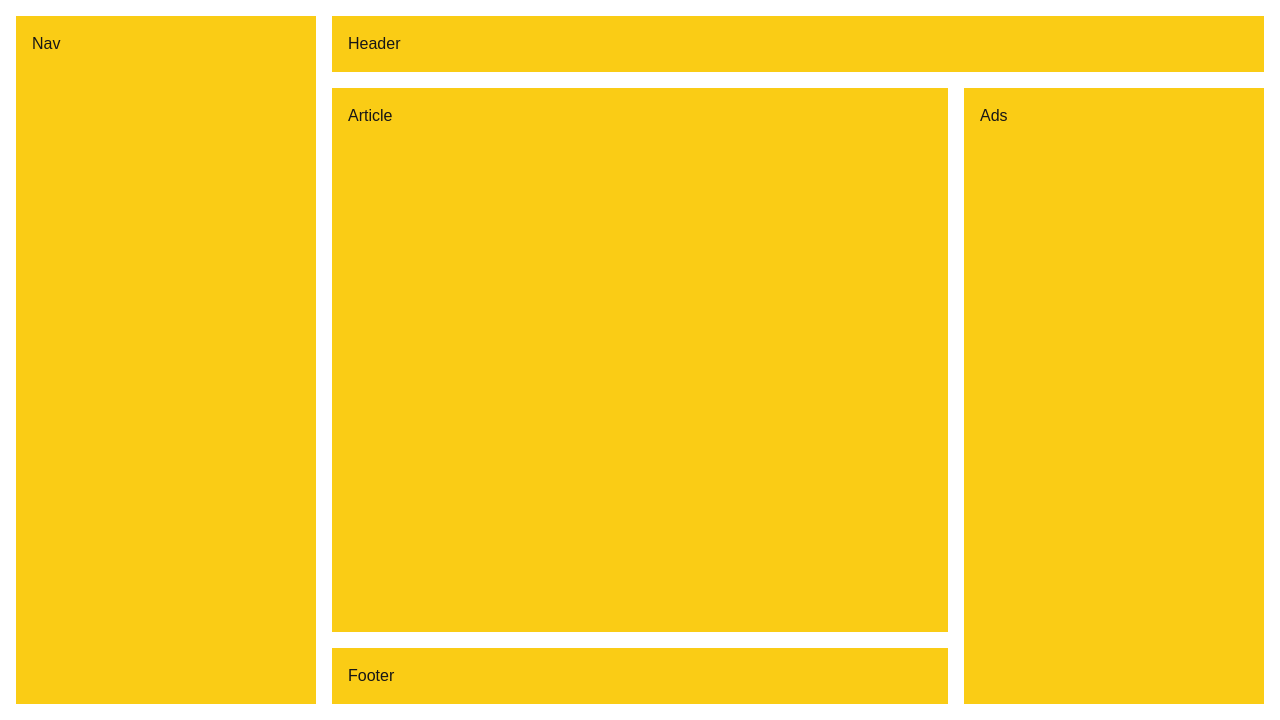
Repository: asadullah48/Understanding-Grid
Page: /
The author's editor kept a copy of each file at every save. The page is drawn from the files as they stood at one save, then again after a run of saves.
The browser window is 1280 px wide. The pictures show the whole page.
The project was rebuilt for these pictures with package versions that can differ from the ones it lists, and the page was loaded fresh each time. The framework's server and built-in components were replaced by stand-ins that run in the browser. Also part of the build but not shown: next.config.ts.

Above is the page before, as saved 2025-01-22 09:44:42.

After the next 2 saves:
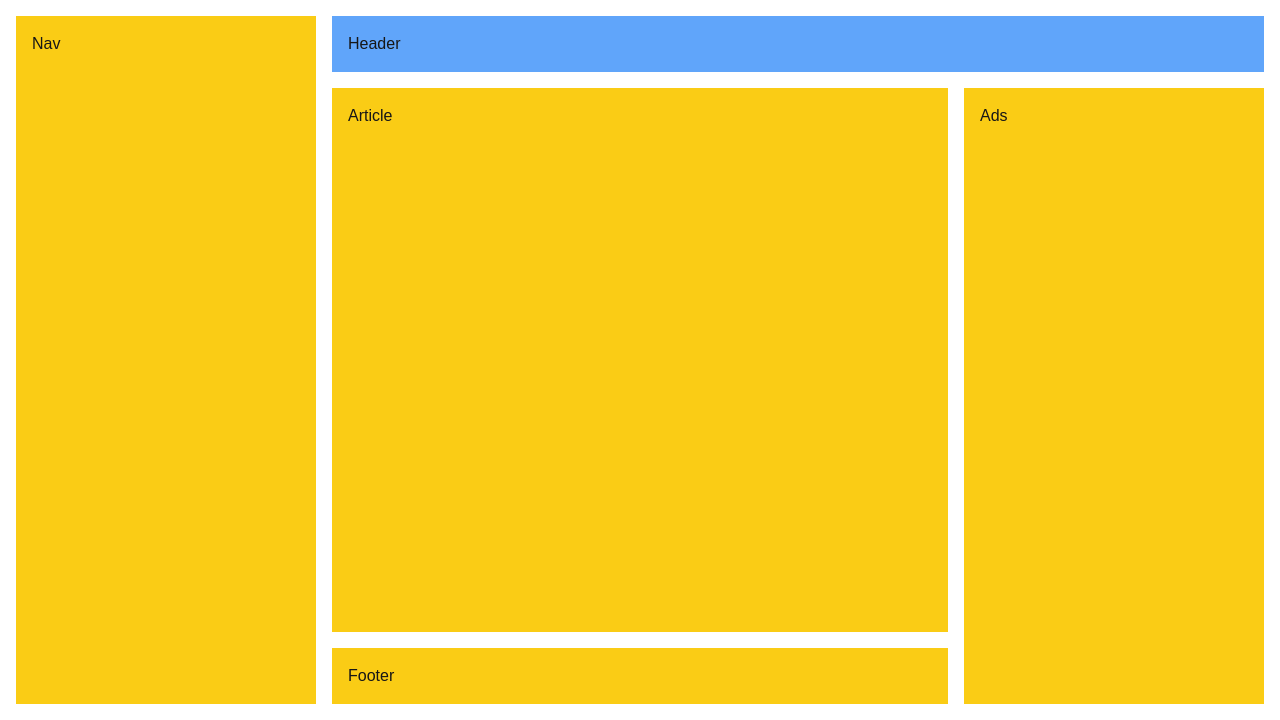
The 2 saves are shown as one change because they came seconds apart.
The last was saved 19 s later.
--- a/src/app/page.tsx
+++ b/src/app/page.tsx
@@ -5,7 +5,7 @@ export default function Layout() {
       <nav className="bg-yellow-400 p-4 row-span-3 col-span-1">Nav</nav>
 
       {/* Header */}
-      <header className="bg-yellow-400 p-4 col-span-3">Header</header>
+      <header className="bg-blue-400 p-4 col-span-3">Header</header>
 
       {/* Main Article */}
       <main className="bg-yellow-400 p-4 col-span-2">Article</main>
